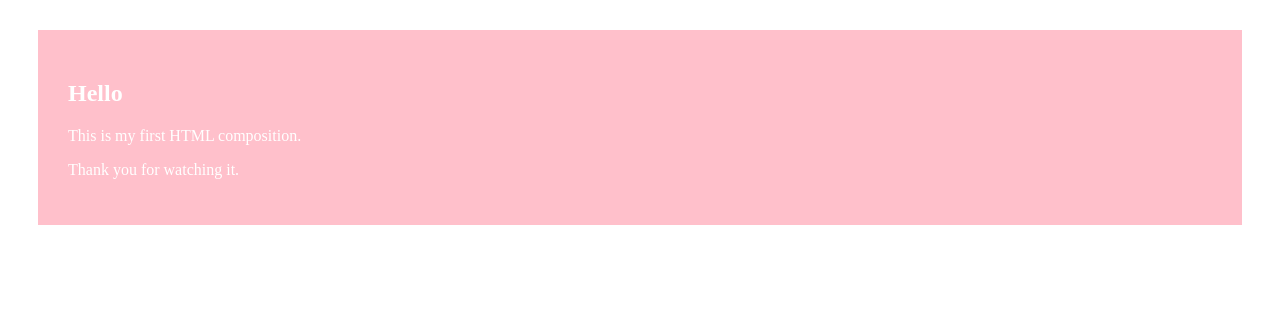
Repository: hyereechoi/hyereechoi.github.io
Page: h1.html
The author's editor kept a record of every edit. The page is drawn from the files as they stood at one moment, then again after the next edit.
The browser window is 1280 px wide. The pictures show the whole page.

Above is the page before.

After the next edit:
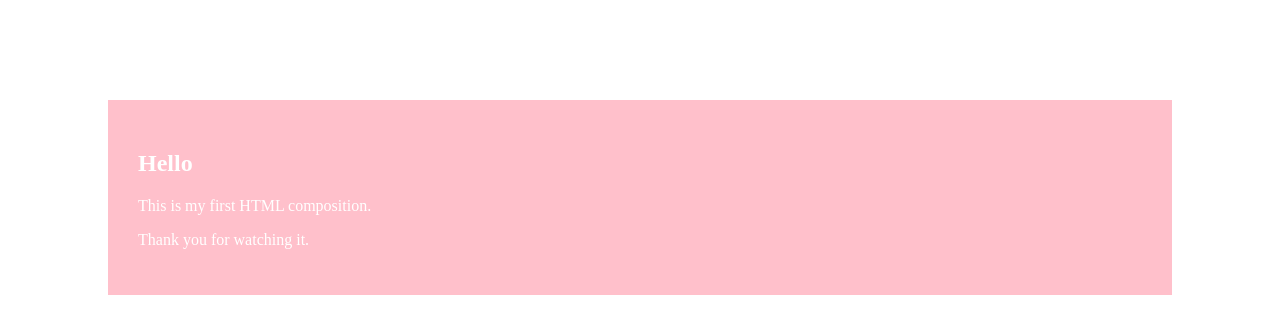
The edit:
--- a/h1.html
+++ b/h1.html
@@ -5,7 +5,7 @@
 .cities {
     background-color:pink;
     color:white;
-    margin:30px;
+    margin:100px;
     padding:30px;
 }
 </style>
